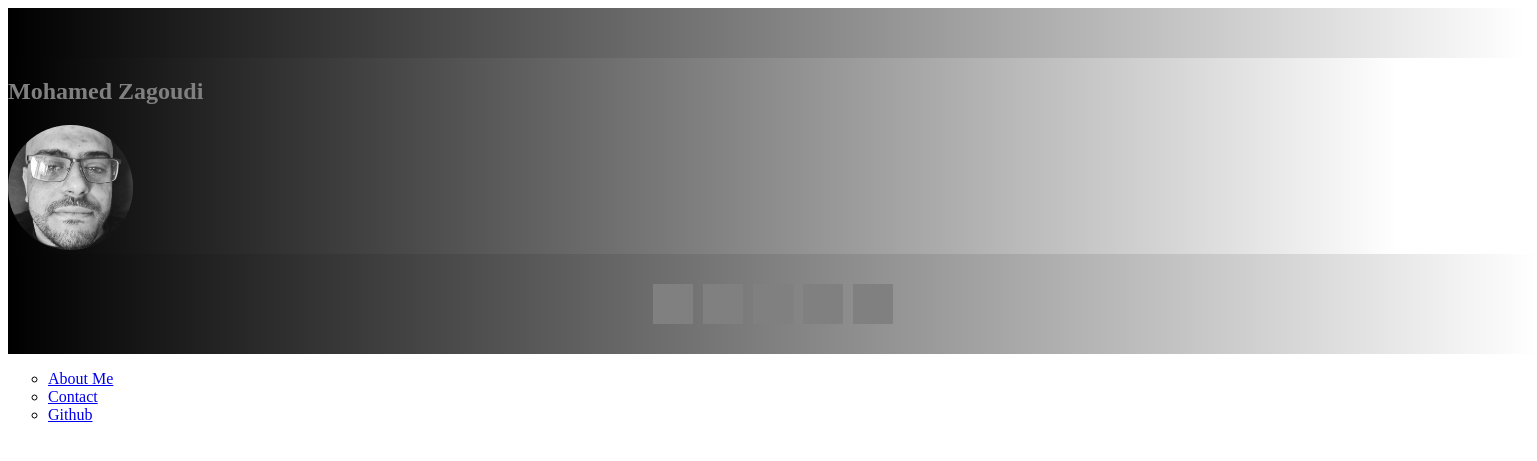
Repository: Mohzagou/Eersteportofolio
Page: index.html
An editor plug-in stored every save of this project. The page is shown before and after the next save, followed by the edit.
The browser window is 1280 px wide. The page is 1537 px wide, so the pictures cover 1537 px, including what lies to the right of the window. The pictures show the whole page.

Above is the page before, as saved 2022-06-07 22:46:50.

### index.html
<!DOCTYPE html>


<head>
    <link rel="stylesheet" href="styles.css" />
    <meta charset="UTF-8">

    <title>Document</title>
</head>

<body>

    <header></header>
    <div class="about-me">
        <h2 id="name">Mohamed Zagoudi</h2>
        <img class="avatar" src="images/67gwzvy.jpeg" alt="Mohamed Zagoudi headshot">


        <section>
            <div class="test"></div>
            <div class="test"></div>
            <div class="test"></div>
            <div class="test"></div>
            <div class="test"></div>
        </section>
        <footer>
            <ul style="list-style-type: circle ">
                <li><a href=" ">About Me</a></li>
                <li><a href=" ">Contact</a></li>
                <li><a href="https://github.com/Mohzagou ">Github</a></li>

            </ul>

        </footer>



</body>



</html>

### styles.css
body {
    display: flex;
    flex-direction: column;
}

header {
    width: 120%;
    height: 50px;
    background-image: linear-gradient(to right, black, grey, white);
    /*background-color: rgb(113, 74, 145);*/
}

section {
    width: 110%;
    height: 100px;
    background-image: linear-gradient(to right, black, grey, white);
    background-color: #234def;
    display: flex;
    align-items: center;
    justify-content: center;
}

.about-me {
    width: 110%;
    height: 200px;
    background-image: repeating-linear-gradient(to right, black, grey, white);
    /*background-color: rgb(177, 69, 21, 0.8);*/
    /*margin: 10px 0 10px 0;
    border: solid black 10px;
    border-radius: 15px;*/
}

.avatar {
    width: 125px;
    border-radius: 62px;
}

#name {
    color: grey;
}

.test {
    width: 40px;
    height: 40px;
    background-color: grey;
    margin: 5px;
}

After the next save:
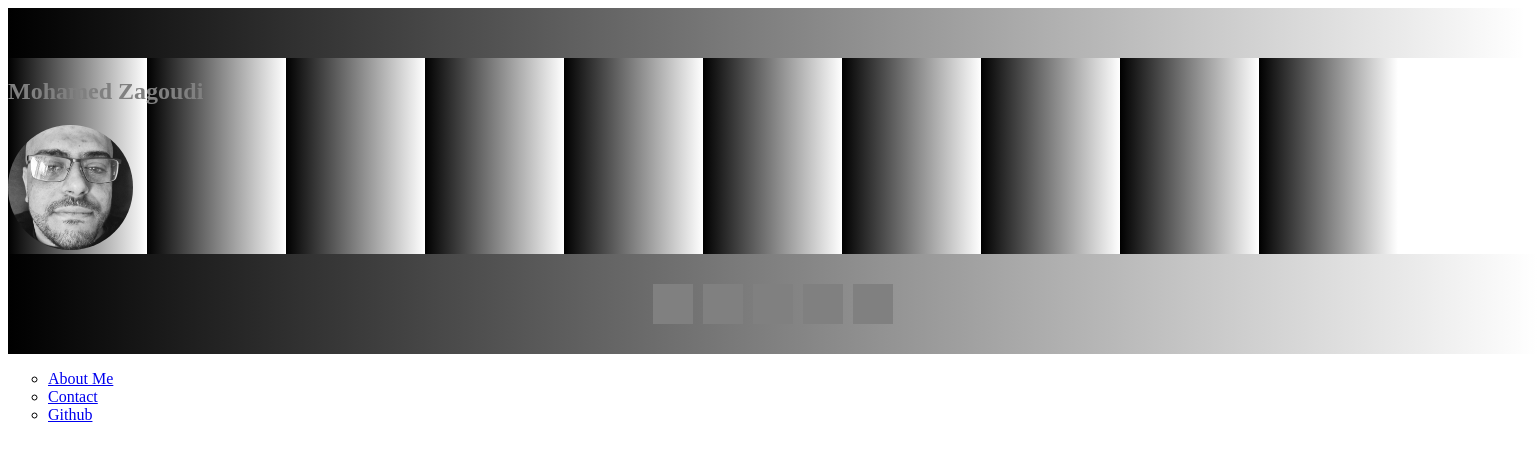
Saved 18 s later.
--- a/styles.css
+++ b/styles.css
@@ -23,7 +23,7 @@ section {
 .about-me {
     width: 110%;
     height: 200px;
-    background-image: repeating-linear-gradient(to right, black, grey, white);
+    background-image: repeating-linear-gradient(to right, black, grey, white 10%);
     /*background-color: rgb(177, 69, 21, 0.8);*/
     /*margin: 10px 0 10px 0;
     border: solid black 10px;
